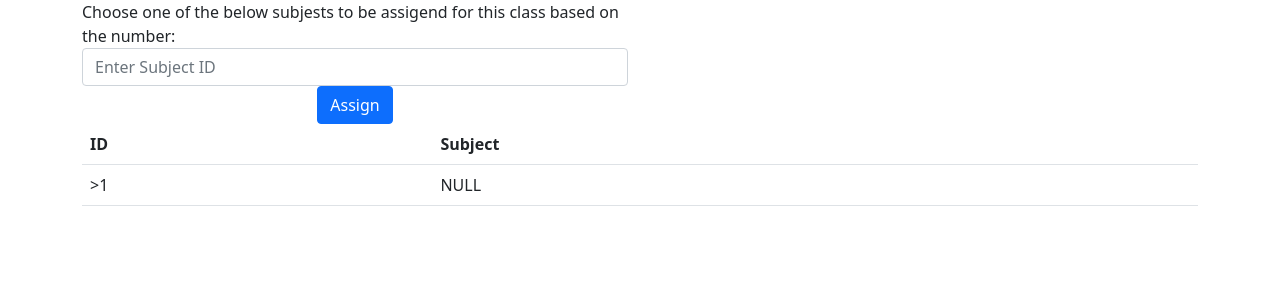
Repository: hossam141/Java_FSD_Vodafone_Project_1_Phase-2
Page: http://localhost/Admin_for_Learners__Academy/assignSub.jsp
An editor plug-in stored every save of this project. The page is shown before and after the next save, followed by the edit.
The browser window is 1280 px wide. The pictures show the whole page.
The page is served by Tomcat 9.

Above is the page before, as saved 2023-02-28 19:51:43.

After the next save:
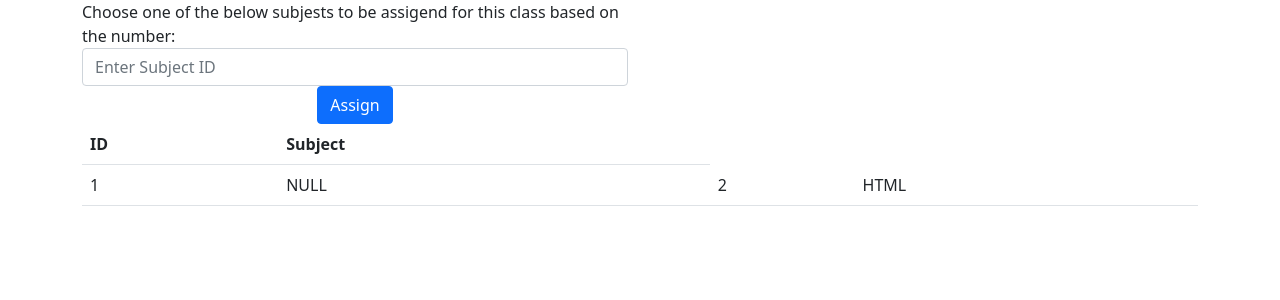
Saved 112 s later.
--- a/Admin_for_Learners_ Academy/src/main/webapp/assignSub.jsp
+++ b/Admin_for_Learners_ Academy/src/main/webapp/assignSub.jsp
@@ -43,7 +43,11 @@
 				<th>Subject</th>
 			</tr>
 			<tr>
-				<td>>1</td>
+				<td>1</td>
 				<td>NULL</td>
+				<td>2</td>
+				<td>HTML</td>
+
+
 </body>
 </html>
